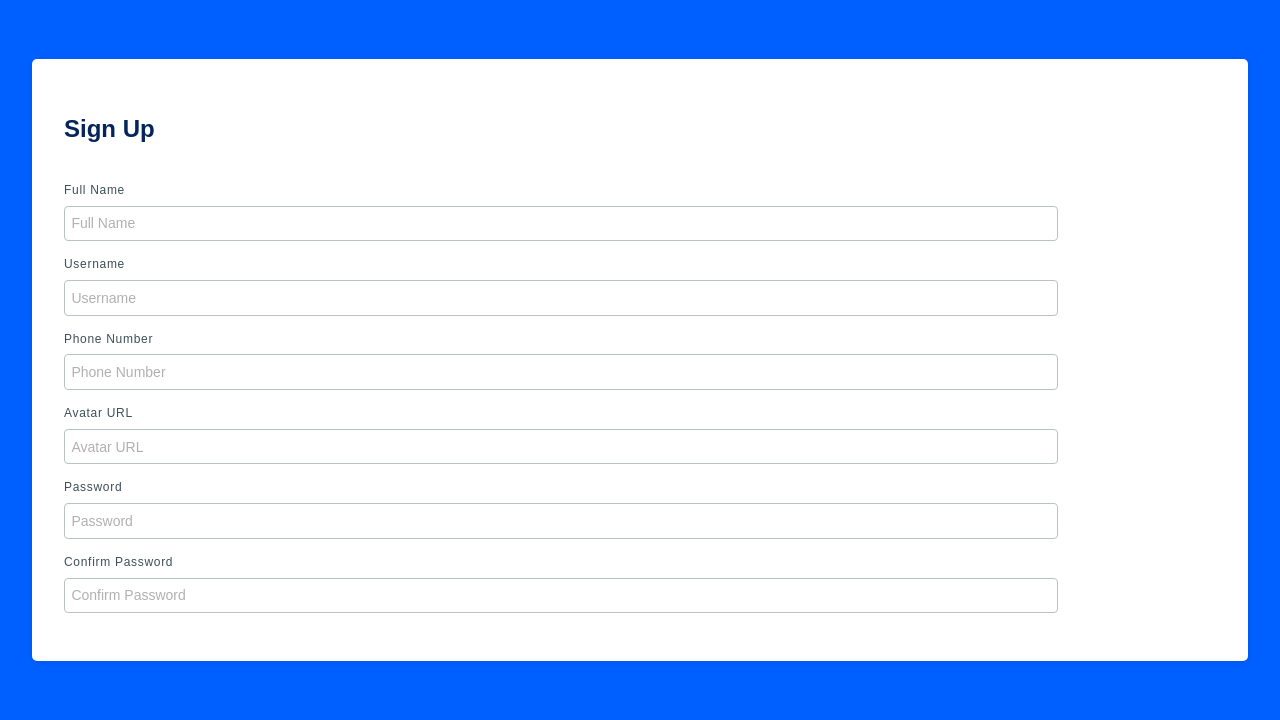
Repository: hugojaimeb/loud-app
Page: / (app in client/)
The author's editor kept a copy of each file at every save. The page is drawn from the files as they stood at one save, then again after the next save.
The browser window is 1280 px wide. The pictures show the whole page.
The project was rebuilt for these pictures with package versions that can differ from the ones it lists, and the page was loaded fresh each time. Also part of the build but not shown: client/src/components/ChannelContainer.jsx, client/src/components/ChannelListContainer.jsx, client/src/components/ChannelSearch.jsx, client/src/components/TeamChannelList.jsx, client/src/components/TeamChannelPreview.jsx. Imported but missing from the stored project, and not drawn on this page: client/src/assets.

Above is the page before, as saved 2022-10-31 17:21:22.

### client/public/index.html
<!DOCTYPE html>
<html lang="en">
  <head>
    <meta charset="utf-8" />
    <link rel="icon" href="%PUBLIC_URL%/favicon.ico" />
    <meta name="viewport" content="width=device-width, initial-scale=1" />
    <meta name="theme-color" content="#000000" />
    <meta
      name="description"
      content="Web site created using create-react-app"
    />
    <link rel="apple-touch-icon" href="%PUBLIC_URL%/logo192.png" />
    <link rel="manifest" href="%PUBLIC_URL%/manifest.json" />

    <title>Loud App</title>
  </head>
  <body>
    <noscript>You need to enable JavaScript to run this app.</noscript>
    <div id="root"></div>
  </body>
</html>

### client/src/App.jsx
import React from "react";
import { StreamChat } from "stream-chat";
import { Chat } from "stream-chat-react";
import Cookies from "universal-cookie";
import { ChannelListContainer, ChannelContainer, Auth } from "./components";
import "./App.css";

const apiKey = "fknks3geb37j";

const client = StreamChat.getInstance(apiKey);

const authToken = false;

const App = () => {
  if (!authToken) return <Auth />;
  return (
    <div className="app__wrapper">
      <Chat client={client} theme="team light">
        <ChannelListContainer />
        <ChannelContainer />
      </Chat>
    </div>
  );
};

export default App;

### client/src/components/Auth.jsx
import React, { useState } from "react";
import Cookies from "universal-cookie";
import axios from "axios";

import signinImage from "../assets/signup.jpg";
function Auth() {
  const [isSignup, setIsSignup] = useState(true);
  const handleChange = () => {};
  return (
    <div className="auth__form-container">
      <div className="auth__form-container_fields">
        <div className="auth__form-container_fields-content">
          <p>{isSignup ? "Sign Up" : "Sign In"}</p>
          <form onSubmit={() => {}}>
            {isSignup && (
              <div className="auth__form-container_fields-content_input">
                <label htmlFor="fullname">Full Name</label>
                <input
                  name="fullName"
                  type="text"
                  placeholder="Full Name"
                  onChange={handleChange}
                  required
                />
              </div>
            )}
            <div className="auth__form-container_fields-content_input">
              <label htmlFor="username">Username</label>
              <input
                name="username"
                type="text"
                placeholder="Username"
                onChange={handleChange}
                required
              />
            </div>
            {isSignup && (
              <div className="auth__form-container_fields-content_input">
                <label htmlFor="phonenumber">Phone Number</label>
                <input
                  name="phonenumber"
                  type="text"
                  placeholder="Phone Number"
                  onChange={handleChange}
                  required
                />
              </div>
            )}
            {isSignup && (
              <div className="auth__form-container_fields-content_input">
                <label htmlFor="avatarURL">Avatar URL</label>
                <input
                  name="avatarURL"
                  type="text"
                  placeholder="Avatar URL"
                  onChange={handleChange}
                  required
                />
              </div>
            )}
            <div className="auth__form-container_fields-content_input">
              <label htmlFor="password">Password</label>
              <input
                name="password"
                type="password"
                placeholder="Password"
                onChange={handleChange}
                required
              />
            </div>
            {isSignup && (
              <div className="auth__form-container_fields-content_input">
                <label htmlFor="">Confirm Password</label>
                <input
                  name="confirmPassword"
                  type="text"
                  placeholder="Confirm Password"
                  onChange={handleChange}
                  required
                />
              </div>
            )}
          </form>
        </div>
      </div>
    </div>
  );
}

export default Auth;

Loaded but not shown: client/src/index.js (common file); client/src/components/index.js (6 lines, source omitted); client/src/App.css (1826 lines, source omitted)

After the next save:
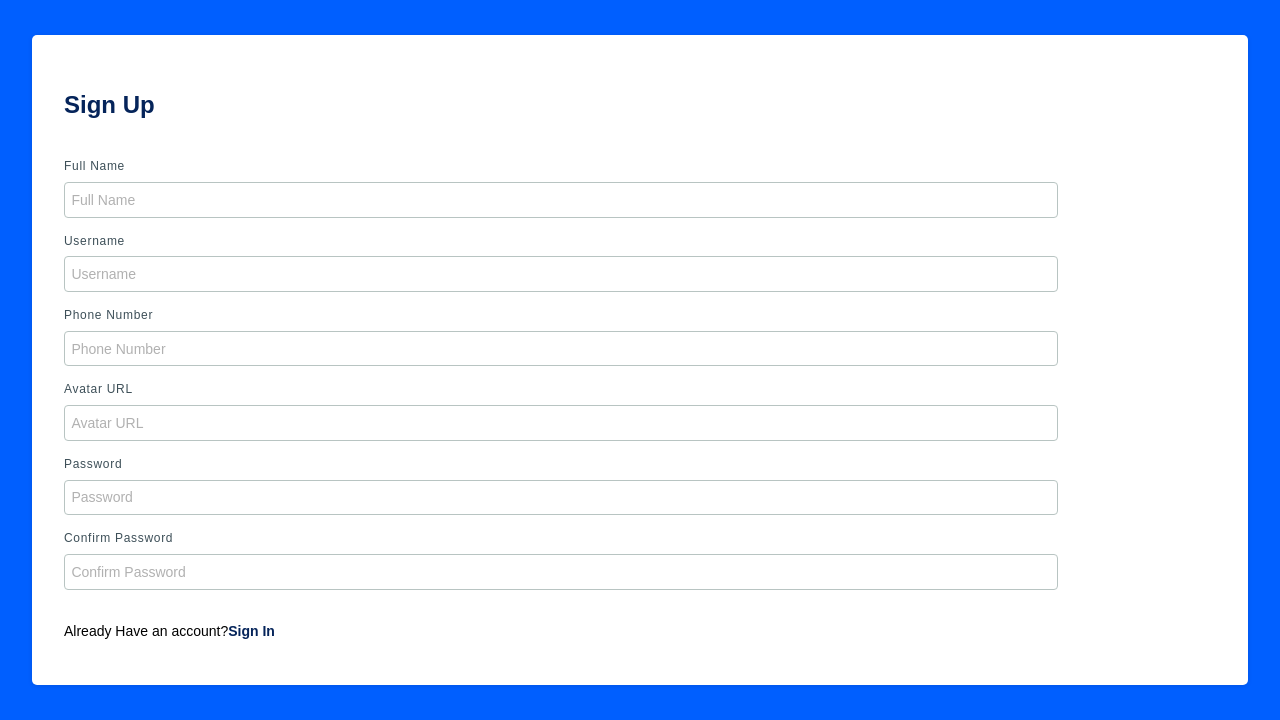
Saved 4 min 53 s later.
--- a/client/src/components/Auth.jsx
+++ b/client/src/components/Auth.jsx
@@ -6,6 +6,7 @@ import signinImage from "../assets/signup.jpg";
 function Auth() {
   const [isSignup, setIsSignup] = useState(true);
   const handleChange = () => {};
+  const switchMode = () => {};
   return (
     <div className="auth__form-container">
       <div className="auth__form-container_fields">
@@ -70,7 +71,7 @@ function Auth() {
             </div>
             {isSignup && (
               <div className="auth__form-container_fields-content_input">
-                <label htmlFor="">Confirm Password</label>
+                <label htmlFor="confirmPassword">Confirm Password</label>
                 <input
                   name="confirmPassword"
                   type="text"
@@ -81,6 +82,14 @@ function Auth() {
               </div>
             )}
           </form>
+          <div className="auth__form-container_fields-account">
+            <p>
+              {isSignup ? "Already Have an account?" : "Don't have an account"}
+              <span onClick={switchMode}>
+                {isSignup ? "Sign In" : "Sign Up"}
+              </span>
+            </p>
+          </div>
         </div>
       </div>
     </div>
